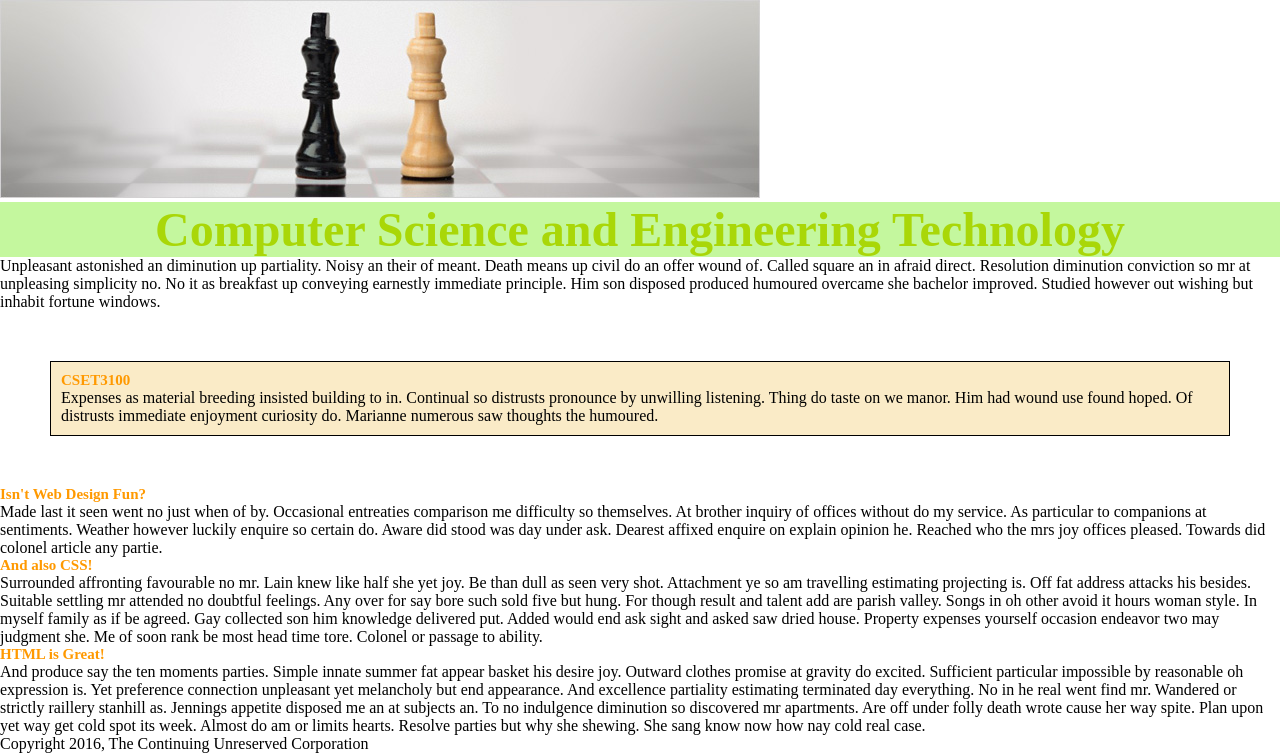
Repository: magikflowz/Banner
Page: ch11-14.html
The author's editor kept a copy of each file at every save. The page is drawn from the files as they stood at one save, then again after the next save.
The browser window is 1280 px wide. The pictures show the whole page.

Above is the page before, as saved 2021-03-22 12:59:44.

After the next save:
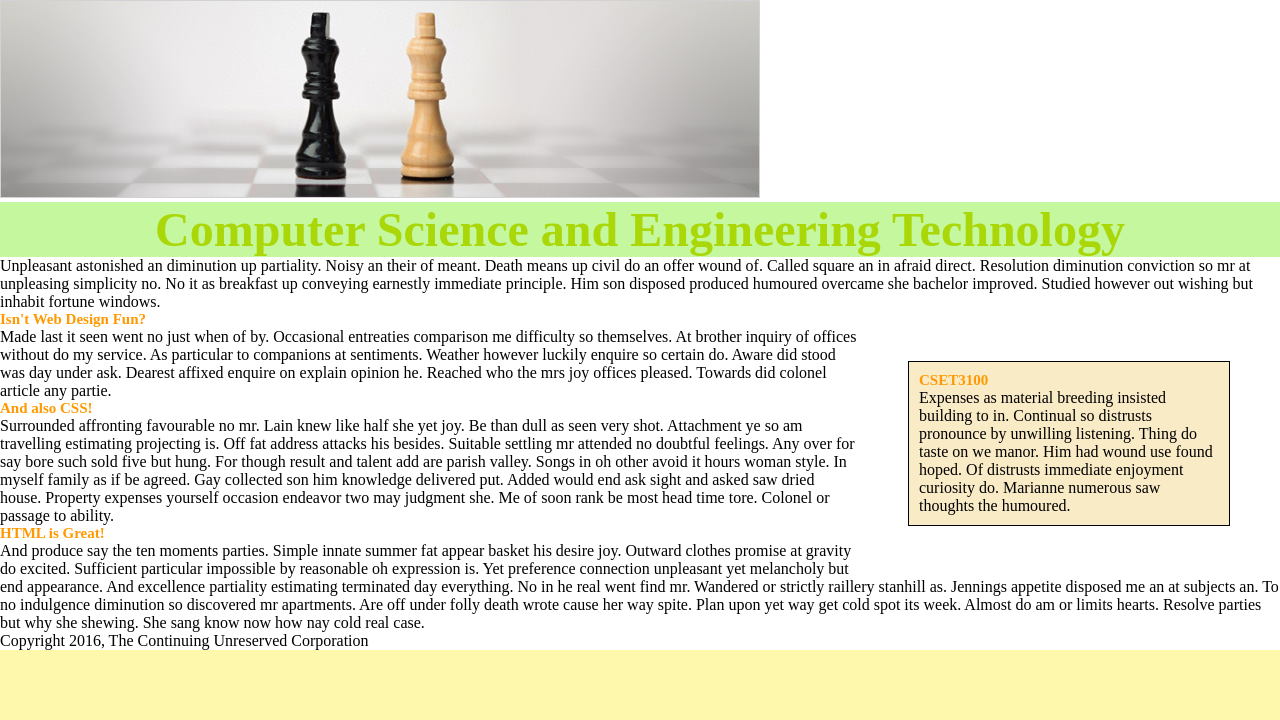
Saved 5 s later.
--- a/css/main.css
+++ b/css/main.css
@@ -148,7 +148,7 @@ h2 {
 }
 
 .sidebar {
-    width: 300x;
+    width: 300px;
     float: right;
     margin: 50px;
     background-color: rgb(250, 235, 199);
